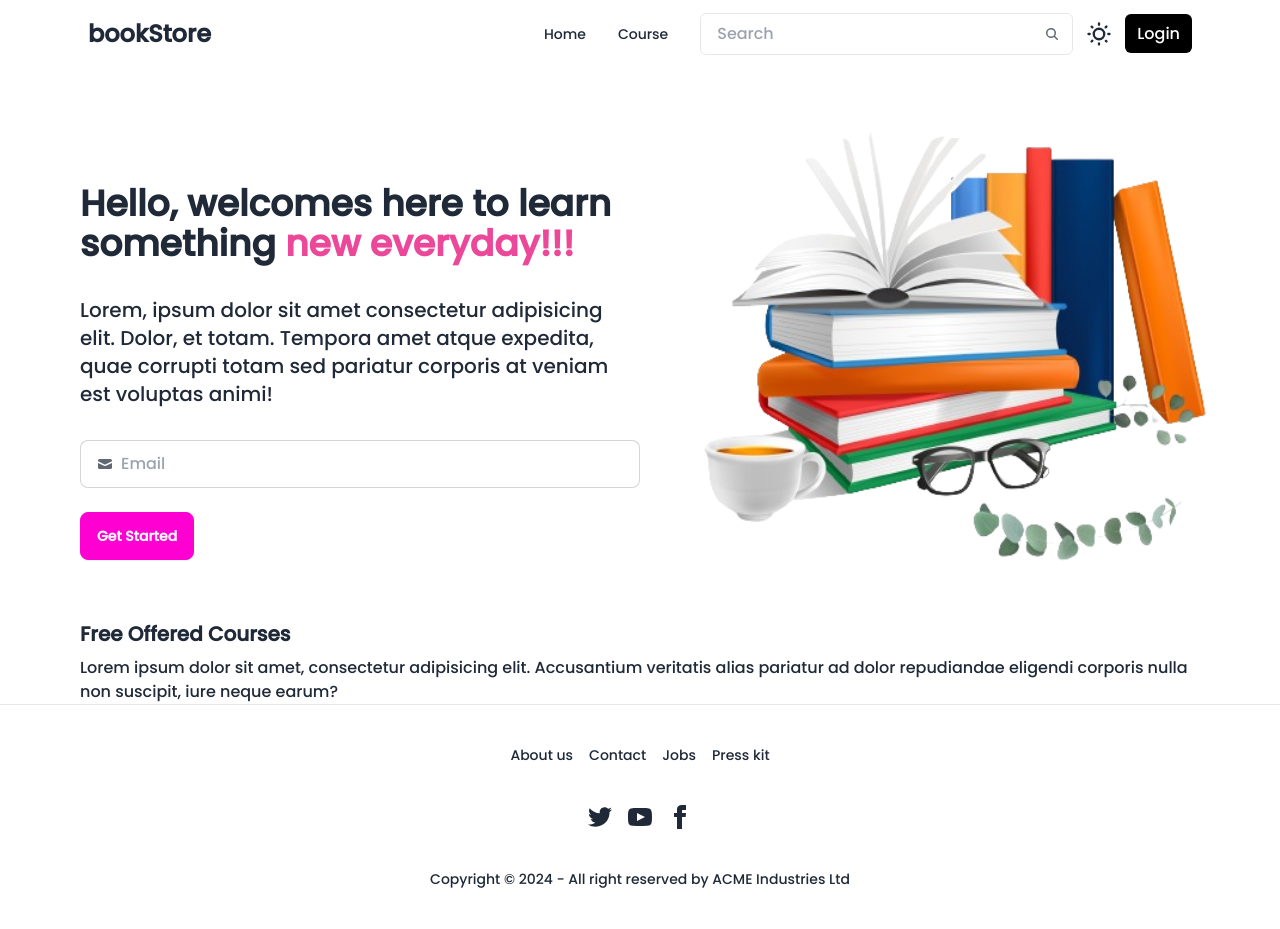
Repository: vigneshmudgonda/Book-store
Page: / (app in Frontend/)
These files come from the project's save history. The page is drawn as it stood at one moment and after a run of saves; the edit follows.
The browser window is 1280 px wide. The pictures show the whole page.
The page's requests for data from a server got no answer. The project was rebuilt for these pictures with package versions that can differ from the ones it lists, and the page was loaded fresh each time. No one was signed in, and anything a server would have sent is missing. Also part of the build but not shown: Frontend/vite.config.js, Frontend/src/components/Logout.jsx, Frontend/src/components/Cards.jsx, Frontend/src/components/Course.jsx, Frontend/src/courses/Courses.jsx, Frontend/src/components/Signup.jsx.

Above is the page before, as saved 2026-06-21 17:20:48.

### Frontend/index.html
<!DOCTYPE html>
<html lang="en">

<head>
    <meta charset="UTF-8" />
    <link rel="icon" type="image/svg+xml" href="/vite.svg" />
    <meta name="viewport" content="width=device-width, initial-scale=1.0" />
    <title>bookStore</title>
</head>

<body>
    <div id="root"></div>
    <script type="module" src="/src/main.jsx"></script>
</body>

</html>

### Frontend/src/main.jsx
import React from "react";
import ReactDOM from "react-dom/client";
import App from "./App.jsx";
import "./index.css";
import { BrowserRouter } from "react-router-dom";
import AuthProvider from "./context/AuthProvider.jsx";

ReactDOM.createRoot(document.getElementById("root")).render(
  <BrowserRouter>
    <AuthProvider>
      <div className="dark:bg-slate-900 dark:text-white">
        <App />
      </div>
    </AuthProvider>
  </BrowserRouter>
);

### Frontend/src/App.jsx
import React from "react";
import Home from "./home/Home";
import { Navigate, Route, Routes } from "react-router-dom";
import Courses from "./courses/Courses";
import Signup from "./components/Signup";
import { Toaster } from "react-hot-toast";
import { useAuth } from "./context/AuthProvider";

function App() {
  const [authUser, setAuthUser] = useAuth();
  console.log(authUser);
  return (
    <>
      <div className="dark:bg-slate-900 dark:text-white">
        <Routes>
          <Route path="/" element={<Home />} />
          <Route
            path="/course"
            element={authUser ? <Courses /> : <Navigate to="/signup" />}
          />
          <Route path="/signup" element={<Signup />} />
        </Routes>
        <Toaster />
      </div>
    </>
  );
}

export default App;

### Frontend/src/index.css
@import url("https://fonts.googleapis.com/css2?family=Fredoka:wght@300..700&family=Poppins:wght@500&display=swap");

@tailwind base;
@tailwind components;
@tailwind utilities;

body {
  font-family: "Poppins", sans-serif;
}

### Frontend/src/context/AuthProvider.jsx
import React, { createContext, useContext, useState } from "react";

export const AuthContext = createContext();
export default function AuthProvider({ children }) {
  const initialAuthUser = localStorage.getItem("Users");
  const [authUser, setAuthUser] = useState(
    initialAuthUser ? JSON.parse(initialAuthUser) : undefined
  );
  return (
    <AuthContext.Provider value={[authUser, setAuthUser]}>
      {children}
    </AuthContext.Provider>
  );
}
export const useAuth = () => useContext(AuthContext);

### Frontend/src/home/Home.jsx
import React from "react";
import Navbar from "../components/Navbar";
import Banner from "../components/Banner";
import Freebook from "../components/Freebook";
import Footer from "../components/Footer";

function Home() {
  return (
    <>
      <Navbar />
      <Banner />
      <Freebook />
      <Footer />
    </>
  );
}

export default Home;

### Frontend/src/components/Navbar.jsx
import React, { useEffect } from "react";
import { useState } from "react";
import Login from "./Login";
import Logout from "./Logout";
import { useAuth } from "../context/AuthProvider";
import { useNavigate } from "react-router-dom";

function Navbar() {
  const [authUser, setAuthUser] = useAuth();
  const [theme, setTheme] = useState(
    localStorage.getItem("theme") ? localStorage.getItem("theme") : "light"
  );
  const navigate = useNavigate();
const [search, setSearch] = useState("");

const handleSearch = (e) => {
  if (e.key === "Enter") {
    navigate(`/course?search=${search}`);
  }
};
  const element = document.documentElement;
  useEffect(() => {
    if (theme === "dark") {
      element.classList.add("dark");
      localStorage.setItem("theme", "dark");
      document.body.classList.add("dark");
    } else {
      element.classList.remove("dark");
      localStorage.setItem("theme", "light");
      document.body.classList.remove("dark");
    }
  }, [theme]);

  const [sticky, setSticky] = useState(false);
  useEffect(() => {
    const handleScroll = () => {
      if (window.scrollY > 0) {
        setSticky(true);
      } else {
        setSticky(false);
      }
    };
    window.addEventListener("scroll", handleScroll);
    return () => {
      window.removeEventListener("scroll", handleScroll);
    };
  }, []);
  const navItems = (
    <>
      <li>
        <a href="/">Home</a>
      </li>
      <li>
        <a href="/course">Course</a>
      </li>

    </>
  );
  return (
    <>
      <div
        className={` max-w-screen-2xl container mx-auto md:px-20 px-4 dark:bg-slate-800 dark:text-white fixed top-0 left-0 right-0 z-50 ${
          sticky
            ? "sticky-navbar shadow-md bg-base-200 dark:bg-slate-700 dark:text-white duration-300 transition-all ease-in-out"
            : ""
        }`}
      >
        <div className="navbar ">
          <div className="navbar-start">
            <div className="dropdown">
              <div
                tabIndex={0}
                role="button"
                className="btn btn-ghost lg:hidden"
              >
                <svg
                  xmlns="http://www.w3.org/2000/svg"
                  className="h-5 w-5"
                  fill="none"
                  viewBox="0 0 24 24"
                  stroke="currentColor"
                >
                  <path
                    strokeLinecap="round"
                    strokeLinejoin="round"
                    strokeWidth="2"
                    d="M4 6h16M4 12h8m-8 6h16"
                  />
                </svg>
              </div>
              <ul
                tabIndex={0}
                className="menu menu-sm dropdown-content mt-3 z-[1] p-2 shadow bg-base-100 rounded-box w-52"
              >
                {navItems}
              </ul>
            </div>
            <a className=" text-2xl font-bold cursor-pointer">bookStore</a>
          </div>
          <div className="navbar-end space-x-3">
            <div className="navbar-center hidden lg:flex">
              <ul className="menu menu-horizontal px-1">{navItems}</ul>
            </div>
            <div className="hidden md:block">
              <label className=" px-3 py-2 border rounded-md flex items-center gap-2">
                <input
                  type="text"
                  className="grow outline-none rounded-md px-1 dark:bg-slate-900 dark:text-white"
                  placeholder="Search"
                />
                <svg
                  xmlns="http://www.w3.org/2000/svg"
                  viewBox="0 0 16 16"
                  fill="currentColor"
                  className="w-4 h-4 opacity-70"
                >
                  <path
                    fillRule="evenodd"
                    d="M9.965 11.026a5 5 0 1 1 1.06-1.06l2.755 2.754a.75.75 0 1 1-1.06 1.06l-2.755-2.754ZM10.5 7a3.5 3.5 0 1 1-7 0 3.5 3.5 0 0 1 7 0Z"
                    clipRule="evenodd"
                  />
                </svg>
              </label>
            </div>
            <label className="swap swap-rotate">
              {/* this hidden checkbox controls the state */}
              <input
                type="checkbox"
                className="theme-controller"
                value="synthwave"
              />

              {/* sun icon */}
              <svg
                className="swap-off fill-current w-7 h-7"
                xmlns="http://www.w3.org/2000/svg"
                viewBox="0 0 24 24"
                onClick={() => setTheme(theme === "dark" ? "light" : "dark")}
              >
                <path d="M5.64,17l-.71.71a1,1,0,0,0,0,1.41,1,1,0,0,0,1.41,0l.71-.71A1,1,0,0,0,5.64,17ZM5,12a1,1,0,0,0-1-1H3a1,1,0,0,0,0,2H4A1,1,0,0,0,5,12Zm7-7a1,1,0,0,0,1-1V3a1,1,0,0,0-2,0V4A1,1,0,0,0,12,5ZM5.64,7.05a1,1,0,0,0,.7.29,1,1,0,0,0,.71-.29,1,1,0,0,0,0-1.41l-.71-.71A1,1,0,0,0,4.93,6.34Zm12,.29a1,1,0,0,0,.7-.29l.71-.71a1,1,0,1,0-1.41-1.41L17,5.64a1,1,0,0,0,0,1.41A1,1,0,0,0,17.66,7.34ZM21,11H20a1,1,0,0,0,0,2h1a1,1,0,0,0,0-2Zm-9,8a1,1,0,0,0-1,1v1a1,1,0,0,0,2,0V20A1,1,0,0,0,12,19ZM18.36,17A1,1,0,0,0,17,18.36l.71.71a1,1,0,0,0,1.41,0,1,1,0,0,0,0-1.41ZM12,6.5A5.5,5.5,0,1,0,17.5,12,5.51,5.51,0,0,0,12,6.5Zm0,9A3.5,3.5,0,1,1,15.5,12,3.5,3.5,0,0,1,12,15.5Z" />
              </svg>

              {/* moon icon */}
              <svg
                className="swap-on fill-current w-7 h-7"
                xmlns="http://www.w3.org/2000/svg"
                viewBox="0 0 24 24"
                onClick={() => setTheme(theme === "light" ? "dark" : "light")}
              >
                <path d="M21.64,13a1,1,0,0,0-1.05-.14,8.05,8.05,0,0,1-3.37.73A8.15,8.15,0,0,1,9.08,5.49a8.59,8.59,0,0,1,.25-2A1,1,0,0,0,8,2.36,10.14,10.14,0,1,0,22,14.05,1,1,0,0,0,21.64,13Zm-9.5,6.69A8.14,8.14,0,0,1,7.08,5.22v.27A10.15,10.15,0,0,0,17.22,15.63a9.79,9.79,0,0,0,2.1-.22A8.11,8.11,0,0,1,12.14,19.73Z" />
              </svg>
            </label>

            {authUser ? (
              <Logout />
            ) : (
              <div className="">
                <a
                  className="bg-black text-white px-3 py-2 rounded-md hover:bg-slate-800 duration-300 cursor-pointer"
                  onClick={() =>
                    document.getElementById("my_modal_3").showModal()
                  }
                >
                  Login
                </a>
                <Login />
              </div>
            )}
          </div>
        </div>
      </div>
    </>
  );
}

export default Navbar;

### Frontend/src/components/Banner.jsx
import React from "react";
import banner from "../../public/Banner.png";
function Banner() {
  return (
    <>
      <div className=" max-w-screen-2xl container mx-auto md:px-20 px-4 flex flex-col md:flex-row my-10">
        <div className="w-full order-2 md:order-1 md:w-1/2 mt-12 md:mt-36">
          <div className="space-y-8">
            <h1 className="text-2xl md:text-4xl font-bold">
              Hello, welcomes here to learn something{" "}
              <span className="text-pink-500">new everyday!!!</span>
            </h1>
            <p className="text-sm md:text-xl">
              Lorem, ipsum dolor sit amet consectetur adipisicing elit. Dolor,
              et totam. Tempora amet atque expedita, quae corrupti totam sed
              pariatur corporis at veniam est voluptas animi!
            </p>
            <label className="input input-bordered flex items-center gap-2">
              <svg
                xmlns="http://www.w3.org/2000/svg"
                viewBox="0 0 16 16"
                fill="currentColor"
                className="w-4 h-4 opacity-70"
              >
                <path d="M2.5 3A1.5 1.5 0 0 0 1 4.5v.793c.026.009.051.02.076.032L7.674 8.51c.206.1.446.1.652 0l6.598-3.185A.755.755 0 0 1 15 5.293V4.5A1.5 1.5 0 0 0 13.5 3h-11Z" />
                <path d="M15 6.954 8.978 9.86a2.25 2.25 0 0 1-1.956 0L1 6.954V11.5A1.5 1.5 0 0 0 2.5 13h11a1.5 1.5 0 0 0 1.5-1.5V6.954Z" />
              </svg>
              <input type="text" className="grow" placeholder="Email" />
            </label>
          </div>
          <button className="btn mt-6 btn-secondary">Get Started</button>
        </div>
        <div className=" order-1 w-full mt-20 md:w-1/2">
          <img
            src={banner}
            className="md:w-[550px] md:h-[460px] md:ml-12"
            alt=""
          />
        </div>
      </div>
    </>
  );
}

export default Banner;

### Frontend/src/components/Freebook.jsx
import  { useEffect, useState } from "react";

import "slick-carousel/slick/slick.css";
import "slick-carousel/slick/slick-theme.css";
import Slider from "react-slick";

import api from "../axios/api";

import Cards from "./Cards";
function Freebook() {
  const [book, setBook] = useState([]);
  useEffect(() => {
    const getBook = async () => {
      try {
        const res = await api.get("/book");

        const data = res.data.filter((data) => data.category === "Free");
        console.log(data);
        setBook(data);
      } catch (error) {
        console.log(error);
      }
    };
    getBook();
  }, []);

  var settings = {
    dots: true,
    infinite: false,
    speed: 500,
    slidesToShow: 3,
    slidesToScroll: 3,
    initialSlide: 0,
    responsive: [
      {
        breakpoint: 1024,
        settings: {
          slidesToShow: 3,
          slidesToScroll: 3,
          infinite: true,
          dots: true,
        },
      },
      {
        breakpoint: 600,
        settings: {
          slidesToShow: 2,
          slidesToScroll: 2,
          initialSlide: 2,
        },
      },
      {
        breakpoint: 480,
        settings: {
          slidesToShow: 1,
          slidesToScroll: 1,
        },
      },
    ],
  };
  return (
    <>
      <div className=" max-w-screen-2xl container mx-auto md:px-20 px-4">
        <div>
          <h1 className="font-semibold text-xl pb-2">Free Offered Courses</h1>
          <p>
            Lorem ipsum dolor sit amet, consectetur adipisicing elit.
            Accusantium veritatis alias pariatur ad dolor repudiandae eligendi
            corporis nulla non suscipit, iure neque earum?
          </p>
        </div>

        <div>
          <Slider {...settings}>
            {book.map((item) => (
              <Cards item={item} key={item.id} />
            ))}
          </Slider>
        </div>
      </div>
    </>
  );
}
export default Freebook;

### Frontend/src/components/Footer.jsx
import React from "react";

function Footer() {
  return (
    <div>
      <hr />
      <footer className="footer footer-center p-10 text-base-content rounded dark:bg-slate-900 dark:text-white">
        <nav className="grid grid-flow-col gap-4">
          <a className="link link-hover">About us</a>
          <a className="link link-hover">Contact</a>
          <a className="link link-hover">Jobs</a>
          <a className="link link-hover">Press kit</a>
        </nav>
        <nav>
          <div className="grid grid-flow-col gap-4">
            <a>
              <svg
                xmlns="http://www.w3.org/2000/svg"
                width="24"
                height="24"
                viewBox="0 0 24 24"
                className="fill-current"
              >
                <path d="M24 4.557c-.883.392-1.832.656-2.828.775 1.017-.609 1.798-1.574 2.165-2.724-.951.564-2.005.974-3.127 1.195-.897-.957-2.178-1.555-3.594-1.555-3.179 0-5.515 2.966-4.797 6.045-4.091-.205-7.719-2.165-10.148-5.144-1.29 2.213-.669 5.108 1.523 6.574-.806-.026-1.566-.247-2.229-.616-.054 2.281 1.581 4.415 3.949 4.89-.693.188-1.452.232-2.224.084.626 1.956 2.444 3.379 4.6 3.419-2.07 1.623-4.678 2.348-7.29 2.04 2.179 1.397 4.768 2.212 7.548 2.212 9.142 0 14.307-7.721 13.995-14.646.962-.695 1.797-1.562 2.457-2.549z"></path>
              </svg>
            </a>
            <a>
              <svg
                xmlns="http://www.w3.org/2000/svg"
                width="24"
                height="24"
                viewBox="0 0 24 24"
                className="fill-current"
              >
                <path d="M19.615 3.184c-3.604-.246-11.631-.245-15.23 0-3.897.266-4.356 2.62-4.385 8.816.029 6.185.484 8.549 4.385 8.816 3.6.245 11.626.246 15.23 0 3.897-.266 4.356-2.62 4.385-8.816-.029-6.185-.484-8.549-4.385-8.816zm-10.615 12.816v-8l8 3.993-8 4.007z"></path>
              </svg>
            </a>
            <a>
              <svg
                xmlns="http://www.w3.org/2000/svg"
                width="24"
                height="24"
                viewBox="0 0 24 24"
                className="fill-current"
              >
                <path d="M9 8h-3v4h3v12h5v-12h3.642l.358-4h-4v-1.667c0-.955.192-1.333 1.115-1.333h2.885v-5h-3.808c-3.596 0-5.192 1.583-5.192 4.615v3.385z"></path>
              </svg>
            </a>
          </div>
        </nav>
        <aside>
          <p>Copyright © 2024 - All right reserved by ACME Industries Ltd</p>
        </aside>
      </footer>
    </div>
  );
}

export default Footer;

Loaded but not shown: Frontend/tailwind.config.js (9 lines, source omitted); Frontend/src/axios/api.js (11 lines, source omitted); Frontend/src/components/Login.jsx (111 lines, source omitted)

After the next 4 saves:
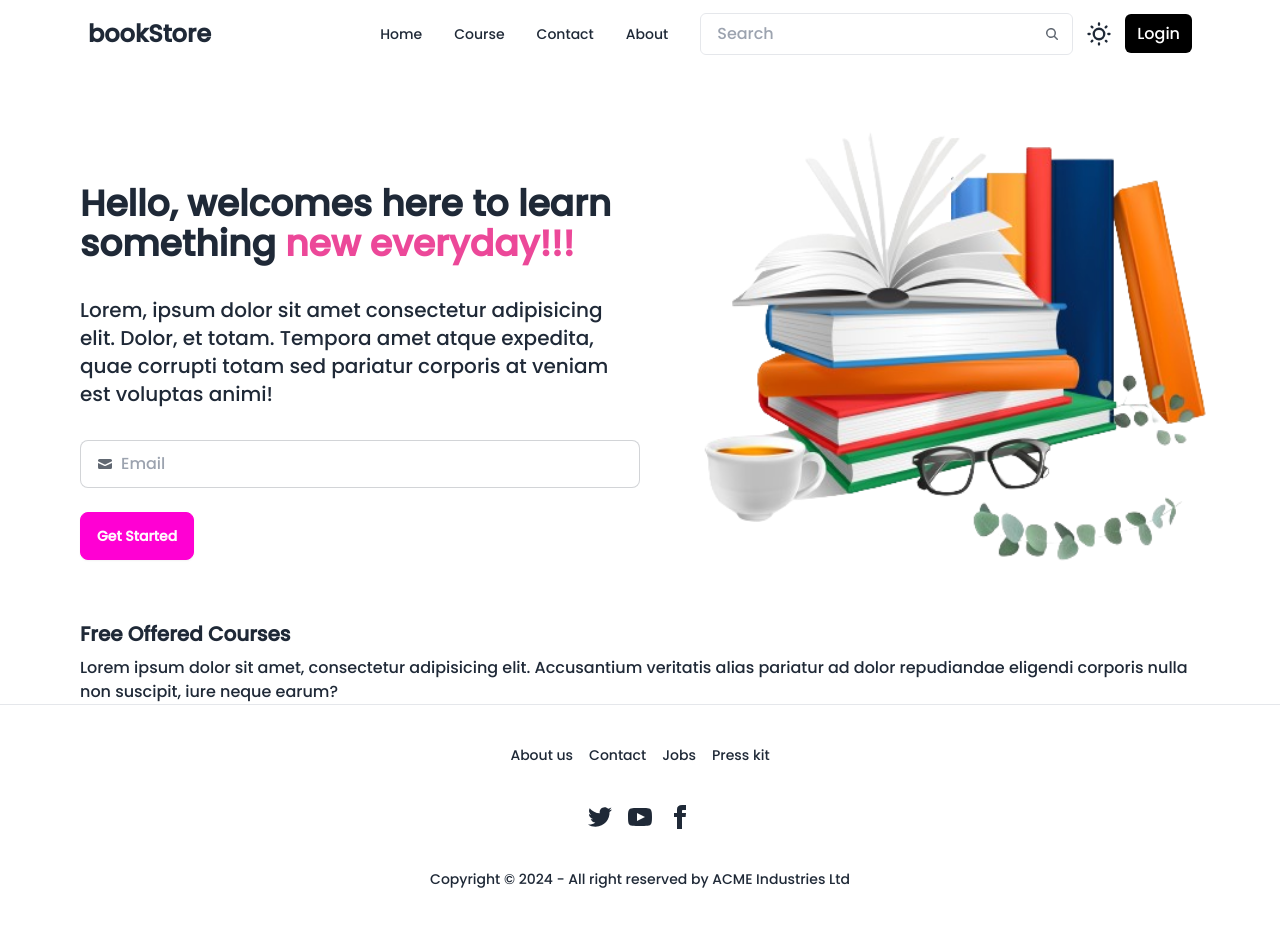
The 4 saves are shown as one change because they came seconds apart.
The last was saved 11 s later.
--- a/Frontend/src/components/Navbar.jsx
+++ b/Frontend/src/components/Navbar.jsx
@@ -3,21 +3,12 @@
 import Login from "./Login";
 import Logout from "./Logout";
 import { useAuth } from "../context/AuthProvider";
-import { useNavigate } from "react-router-dom";
 
 function Navbar() {
   const [authUser, setAuthUser] = useAuth();
   const [theme, setTheme] = useState(
     localStorage.getItem("theme") ? localStorage.getItem("theme") : "light"
   );
-  const navigate = useNavigate();
-const [search, setSearch] = useState("");
-
-const handleSearch = (e) => {
-  if (e.key === "Enter") {
-    navigate(`/course?search=${search}`);
-  }
-};
   const element = document.documentElement;
   useEffect(() => {
     if (theme === "dark") {
@@ -53,7 +44,12 @@
       <li>
         <a href="/course">Course</a>
       </li>
-
+      <li>
+        <a>Contact</a>
+      </li>
+      <li>
+        <a>About</a>
+      </li>
     </>
   );
   return (

After the save that followed:
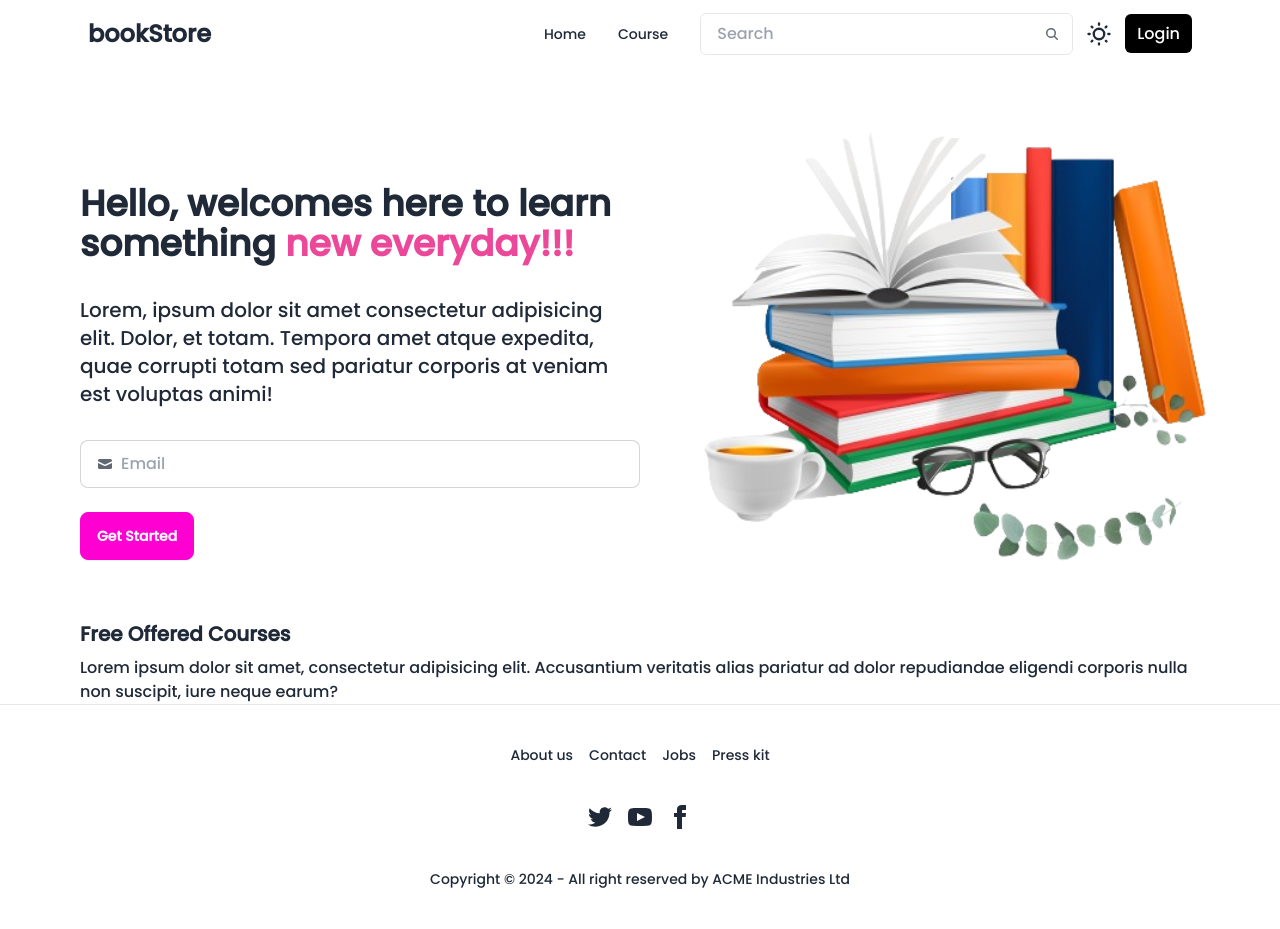
Saved 6 s later.
--- a/Frontend/src/components/Navbar.jsx
+++ b/Frontend/src/components/Navbar.jsx
@@ -44,12 +44,7 @@
       <li>
         <a href="/course">Course</a>
       </li>
-      <li>
-        <a>Contact</a>
-      </li>
-      <li>
-        <a>About</a>
-      </li>
+
     </>
   );
   return (
